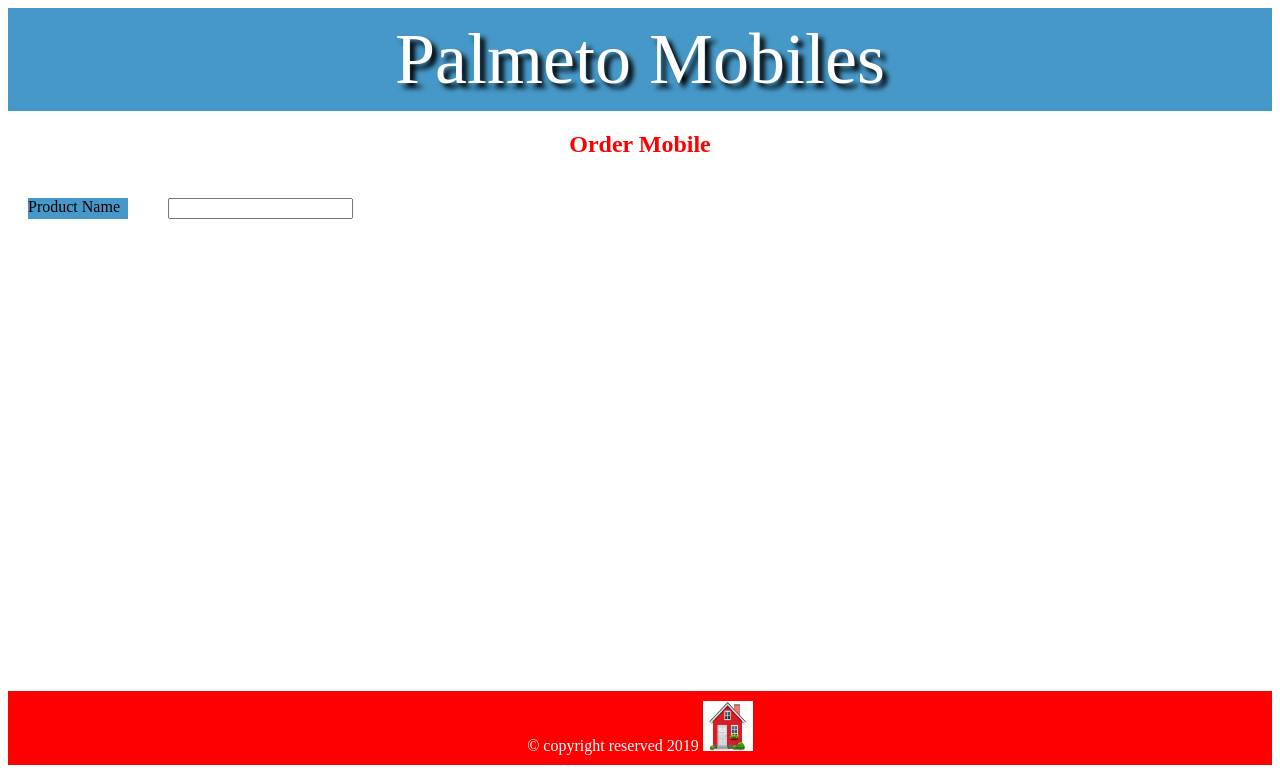
Repository: abhishekj720/HSBCLearn
Page: http://localhost/HtmlCssDemo/order.html
The author's editor kept a copy of each file at every save. The page is drawn from the files as they stood at one save, then again after the next save.
The browser window is 1280 px wide. The pictures show the whole page.
The page is served by Tomcat 9.

Above is the page before, as saved 2019-07-29 10:34:55.

### html/HtmlCssDemo/WebContent/order.html
<!DOCTYPE html>
<html>
<head>
<meta charset="UTF-8" keywords="palmeto, corporate training">
<title>Palmeto - Order</title>
<link href="hsbc.css" rel=stylesheet>
<link href="frm.css" rel=stylesheet>
<link href="images/logo.png" rel="icon">

</head>
<body>
	<header>
		Palmeto Mobiles
	</header>
	<article>
		<h2>Order Mobile</h2>
		<section id="frm">
		<div class="row">
			<div class="title">Product Name</div>
				<div class="data"><input type="text" name="pname"/>
					<datalist id="plist">
						<option value="samsung galaxy">
						<option value="samsung DUOS">
						<option value="samsung A5">
						<option value="iphone 5c">
						<option value="nokia lumia">
						<option value="nokia 1100">
						<option value="redmi 6pro">
					</datalist>
				</div>
			</div>
		</section>
	</article>
	<footer>
	&copy; copyright reserved 2019
	<a href="home.html"><img src = "images/home.jpg"/>

	</footer>
</body>
</html>

### html/HtmlCssDemo/WebContent/hsbc.css
@charset "UTF-8";
header,footer{
	text-align:center;
}
header{
	background-color:#4698c8;
	color: white;
	text-shadow:5px 5px 5px black;
	font-family:cursive;
	padding:10px;
	font-size:72px;
}
footer{
	background-color:red;
	padding:10px;
	color:white;
	margin-top:10px;
}
footer img{
	height:50px;
	width:50px;
}
article{
	min-height:550px;
}

article h2{
	text-align:center;
	color: red;

}

### html/HtmlCssDemo/WebContent/frm.css
@charset "UTF-8";
#frm{
	margin:0px auto;
	border-collapse:collapse;
}
th,td{
	padding:10px;
}
.title{
	background-color:#4698c8;
	margin:10px;
	border:10px solid white;
	width:100px;
}
.data{
	background-color:wheat;
	margin:10px;
	border:10px solid white;
	width:100px;
}
.lastrow{
	background-color:wheat;
}
.row{
	display:flex;
}

After the next save:
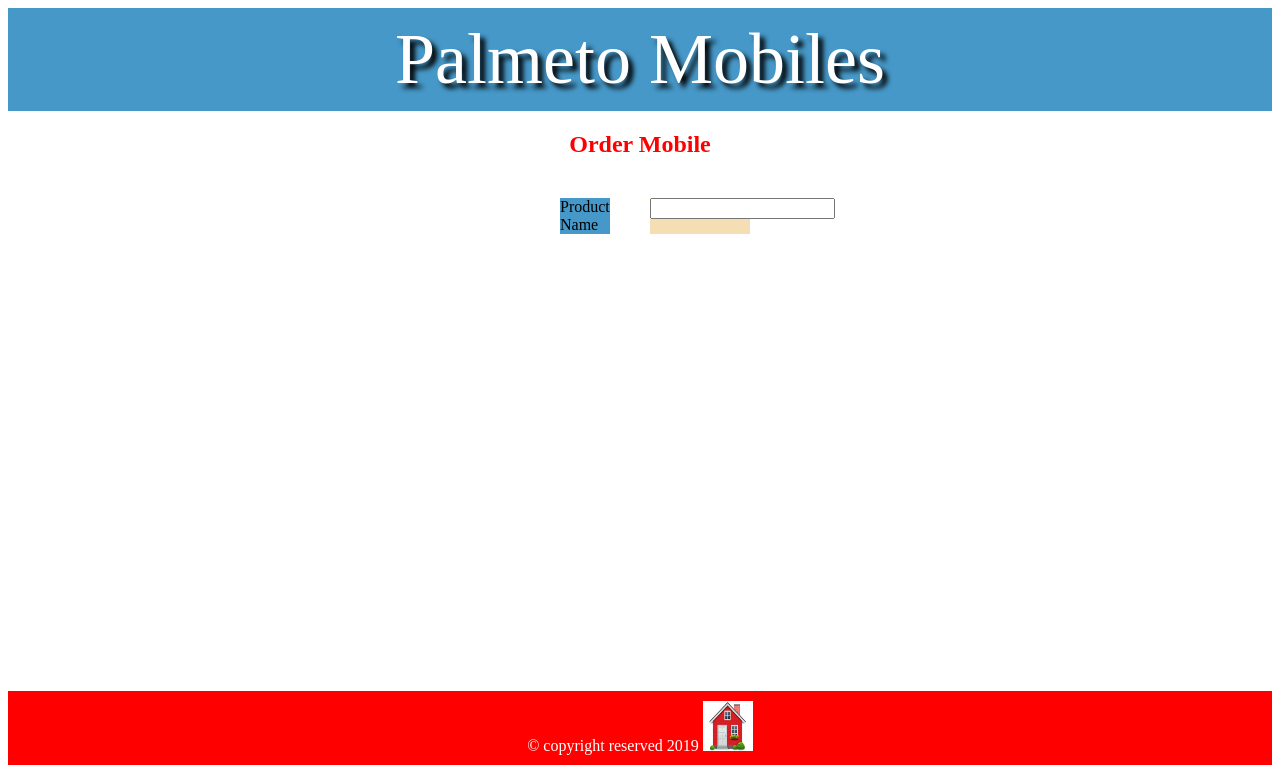
Saved 41 s later.
--- a/html/HtmlCssDemo/WebContent/order.html
+++ b/html/HtmlCssDemo/WebContent/order.html
@@ -14,7 +14,7 @@
 	</header>
 	<article>
 		<h2>Order Mobile</h2>
-		<section id="frm">
+		<section id="frm2">
 		<div class="row">
 			<div class="title">Product Name</div>
 				<div class="data"><input type="text" name="pname"/>
--- a/html/HtmlCssDemo/WebContent/frm.css
+++ b/html/HtmlCssDemo/WebContent/frm.css
@@ -24,3 +24,7 @@ th,td{
 .row{
 	display:flex;
 }
+#frm2{
+	margin:0px auto;
+	width:200px;
+}
